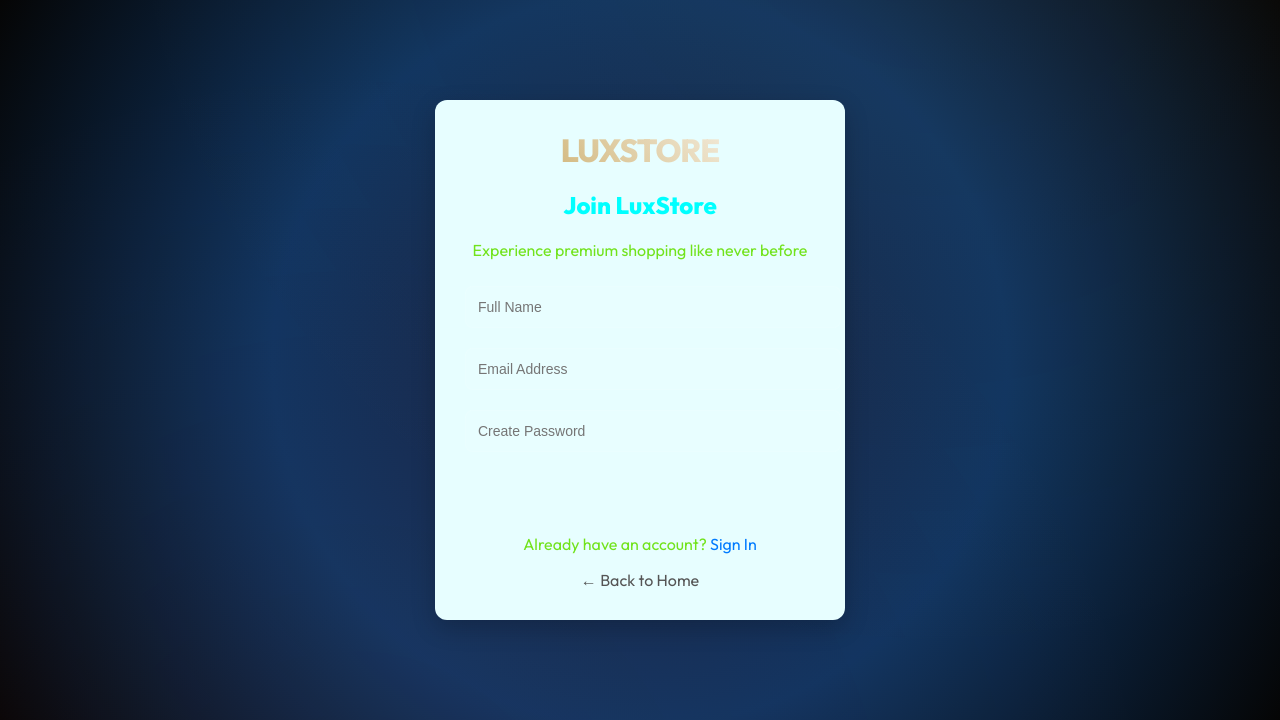
Repository: pradeepkumarh-17/Ecommerce
Page: http://localhost/EcomStore/views/auth/register.jsp
An editor plug-in stored every save of this project. The page is shown before and after the next save, followed by the edit.
The browser window is 1280 px wide. The pictures show the whole page.
Some web libraries are served in a nearby version. The page is served by Tomcat 10. Other server files are loaded and not shown.

Above is the page before, as saved 2026-05-03 07:59:50.

### EcomStore/src/main/webapp/views/auth/register.jsp
<%@ page contentType="text/html; charset=UTF-8" pageEncoding="UTF-8"%>

<!DOCTYPE html>
<html>
<head>
    <meta charset="UTF-8">
    <meta name="viewport" content="width=device-width, initial-scale=1.0">
    <title>Create Account | LuxStore</title>

    <!-- Google Fonts -->
    <link rel="preconnect" href="https://fonts.googleapis.com">
    <link rel="preconnect" href="https://fonts.gstatic.com" crossorigin>
    <link href="https://fonts.googleapis.com/css2?family=Outfit:wght@300;400;600;800&display=swap" rel="stylesheet">

    <link rel="stylesheet" href="<%= request.getContextPath() %>/assets/css/auth.css">
    <link rel="stylesheet" href="<%= request.getContextPath() %>/assets/css/modern-ui.css">

    <!-- GSAP -->
    <script src="https://cdnjs.cloudflare.com/ajax/libs/gsap/3.12.2/gsap.min.js"></script>
</head>

<body class="auth-page">

    <div class="bg-animation"></div>

    <div class="auth-container container-3d">

        <div class="auth-box glass-panel">

            <div class="logo">LUX<span>STORE</span></div>
            <h2>Join LuxStore</h2>
            <p class="subtitle">Experience premium shopping like never before</p>

            <form action="<%= request.getContextPath() %>/auth" method="post" class="animated-form">

                <input type="hidden" name="action" value="register">

                <div class="input-group">
                    <input type="text" name="name" placeholder="Full Name" required>
                </div>

                <div class="input-group">
                    <input type="email" name="email" placeholder="Email Address" required>
                </div>

                <div class="input-group">
                    <input type="password" name="password" placeholder="Create Password" required>
                </div>

                <button type="submit" class="cart-btn">Create Account</button>

            </form>

            <p class="switch">
                Already have an account? <a href="<%= request.getContextPath() %>/views/auth/login.jsp">Sign In</a>
            </p>

            <a class="back-home" href="<%= request.getContextPath() %>/views/user/home.jsp">
                <span>&larr;</span> Back to Home
            </a>
        </div>

    </div>

    <script>
        document.addEventListener('DOMContentLoaded', () => {
            gsap.from('.auth-box', {
                duration: 1.2,
                y: 100,
                opacity: 0,
                scale: 0.8,
                rotationX: -20,
                ease: 'power4.out'
            });

            gsap.from('.input-group, .cart-btn', {
                duration: 1,
                x: 30,
                opacity: 0,
                stagger: 0.1,
                delay: 0.5,
                ease: 'power3.out'
            });
        });
    </script>
</body>
</html>

### EcomStore/src/main/webapp/assets/css/auth.css
body {
    margin: 0;
    font-family: 'Segoe UI', sans-serif;
    background: linear-gradient(135deg, #4facfe, #00f2fe);
    height: 100vh;
}

/* CENTER */
.auth-container {
    display: flex;
    justify-content: center;
    align-items: center;
    height: 100%;
}

/* CARD */
.auth-box {
    width: 350px;
    padding: 30px;
    background:#e7feff;
    border-radius: 12px;
    box-shadow: 0 8px 25px rgba(0,0,0,0.2);
    text-align: center;
}

/* TITLE */
.auth-box h2 {
    margin-bottom: 20px;
    color:#00ffff;
}

.auth-box p{
	color: #71e31c;
}

/* INPUT */
.auth-box input {
    width: 100%;
    padding: 12px;
    margin: 10px 0;
    border-radius: 8px;
    border: 1px solid rgb(128, 255, 0);
    font-size: 14px;
}

/* FOCUS */
.auth-box input:focus {
    border-color: #28a745;
    outline: none;
}

/* BUTTON */
.auth-box button {
    width: 100%;
    padding: 12px;
    background: #ff0000; /* red */
    color: white;
    border: none;
    border-radius: 8px;
    font-size: 16px;
    cursor: pointer;
    transition: 0.3s;
}

/* Hover effect */
.auth-box button:hover {
    background: #ff0000; /* darker red */
}

/* SWITCH LINK */
.switch {
    margin-top: 15px;
}

.switch a {
    color: #007bff;
    text-decoration: none;
}

/* BACK HOME */
.back-home {
    display: block;
    margin-top: 15px;
    text-decoration: none;
    color: #555;
}

/* ERROR */
.error {
    color: red;
    margin-bottom: 10px;
}

### EcomStore/src/main/webapp/assets/css/modern-ui.css
:root {
    --primary: #c5a358; /* Gold accent */
    --secondary: #1a1a2e; /* Deep dark blue */
    --accent: #e94560; /* Vibrant pink/red */
    --bg-dark: #0f3460;
    --glass: rgba(255, 255, 255, 0.05);
    --glass-border: rgba(255, 255, 255, 0.1);
    --glass-text: rgba(255, 255, 255, 0.8);
    --shadow-3d: 0 20px 40px rgba(0,0,0,0.4), 0 10px 10px rgba(0,0,0,0.2);
    --transition-fast: 0.3s cubic-bezier(0.4, 0, 0.2, 1);
    --transition-slow: 0.6s cubic-bezier(0.4, 0, 0.2, 1);
}

@import url('https://fonts.googleapis.com/css2?family=Outfit:wght@300;400;600;800&display=swap');

body {
    margin: 0;
    font-family: 'Outfit', sans-serif;
    background: #050505;
    color: #fff;
    overflow-x: hidden;
    scroll-behavior: smooth;
}

/* Animated Gradient Background */
.bg-animation {
    position: fixed;
    top: 0;
    left: 0;
    width: 100%;
    height: 100%;
    background: radial-gradient(circle at 50% 50%, #16213e 0%, #0f3460 50%, #050505 100%);
    z-index: -1;
    overflow: hidden;
}

.bg-animation::after {
    content: '';
    position: absolute;
    top: -50%;
    left: -50%;
    width: 200%;
    height: 200%;
    background: radial-gradient(circle at 30% 30%, rgba(197, 163, 88, 0.05) 0%, transparent 40%),
                radial-gradient(circle at 70% 70%, rgba(233, 69, 96, 0.05) 0%, transparent 40%);
    animation: rotateBG 20s linear infinite;
}

@keyframes rotateBG {
    0% { transform: rotate(0deg); }
    100% { transform: rotate(360deg); }
}

/* 3D Perspective Container */
.container-3d {
    perspective: 1000px;
}

/* Glassmorphism Header */
.header {
    background: rgba(15, 52, 96, 0.7) !important;
    backdrop-filter: blur(15px);
    border-bottom: 1px solid var(--glass-border);
    position: sticky;
    top: 0;
    z-index: 1000;
    padding: 15px 60px !important;
    transition: var(--transition-fast);
}

.header.scrolled {
    padding: 10px 60px !important;
    background: rgba(15, 52, 96, 0.9) !important;
}

.logo {
    font-size: 32px !important;
    background: linear-gradient(45deg, var(--primary), #fff);
    -webkit-background-clip: text;
    background-clip: text;
    -webkit-text-fill-color: transparent;
    font-weight: 800 !important;
    letter-spacing: -1px;
}

.nav-links a {
    color: var(--glass-text) !important;
    position: relative;
    font-weight: 400 !important;
    padding: 5px 10px;
    border-radius: 5px;
    transition: var(--transition-fast);
}

.nav-links a::after {
    content: '';
    position: absolute;
    bottom: 0;
    left: 50%;
    width: 0;
    height: 2px;
    background: var(--primary);
    transition: var(--transition-fast);
    transform: translateX(-50%);
}

.nav-links a:hover {
    color: #fff !important;
}

.nav-links a:hover::after {
    width: 80%;
}

/* 3D Glass Product Card */
.product-card {
    background: var(--glass) !important;
    backdrop-filter: blur(10px);
    border: 1px solid var(--glass-border) !important;
    border-radius: 20px !important;
    padding: 20px !important;
    transform-style: preserve-3d;
    transition: transform 0.5s cubic-bezier(0.23, 1, 0.32, 1), box-shadow 0.5s ease !important;
    position: relative;
}

.product-card:hover {
    transform: translateY(-10px) rotateX(5deg) rotateY(-5deg) !important;
    box-shadow: 0 30px 60px rgba(0,0,0,0.6) !important;
    border-color: var(--primary) !important;
}

.product-card img {
    border-radius: 15px !important;
    transform: translateZ(20px);
    transition: var(--transition-fast);
    box-shadow: 0 10px 20px rgba(0,0,0,0.3);
}

.product-card h3 {
    color: #fff !important;
    transform: translateZ(30px);
    margin: 15px 0 5px 0 !important;
}

.product-card .price {
    color: var(--primary) !important;
    transform: translateZ(25px);
    font-size: 20px !important;
}

.cart-btn {
    background: linear-gradient(45deg, var(--primary), #b08d42) !important;
    border: none !important;
    border-radius: 30px !important;
    color: #000 !important;
    font-weight: 700 !important;
    padding: 12px !important;
    margin-top: 15px !important;
    transform: translateZ(40px);
    transition: var(--transition-fast) !important;
    cursor: pointer;
}

.cart-btn:hover {
    background: #fff !important;
    transform: translateZ(50px) scale(1.05) !important;
    box-shadow: 0 0 20px var(--primary);
}

/* Hero Section Enhancement */
.hero {
    height: 450px !important;
    border-radius: 30px !important;
    position: relative;
    overflow: hidden;
    background: none !important;
    border: 1px solid var(--glass-border);
}

.hero::before {
    content: '';
    position: absolute;
    top: 0;
    left: 0;
    width: 100%;
    height: 100%;
    background: linear-gradient(rgba(0,0,0,0.2), rgba(0,0,0,0.8)), url('https://images.unsplash.com/photo-1441986300917-64674bd600d8?ixlib=rb-1.2.1&auto=format&fit=crop&w=1350&q=80');
    background-size: cover;
    background-position: center;
    z-index: -1;
    transition: transform 5s ease;
}

.hero:hover::before {
    transform: scale(1.1);
}

.hero h1 {
    font-size: 64px !important;
    color: #fff !important;
    text-shadow: 0 10px 20px rgba(0,0,0,0.5);
    margin-bottom: 20px !important;
}

.hero .btn {
    background: var(--primary) !important;
    color: #000 !important;
    padding: 15px 40px !important;
    border-radius: 50px !important;
    font-size: 18px !important;
    box-shadow: 0 10px 20px rgba(197, 163, 88, 0.3);
}

/* Category Cards */
.category-card {
    background: var(--glass) !important;
    border: 1px solid var(--glass-border) !important;
    color: #fff !important;
    border-radius: 15px !important;
    padding: 20px 40px !important;
    transition: var(--transition-fast) !important;
}

.category-card:hover {
    background: var(--primary) !important;
    color: #000 !important;
    transform: scale(1.1) rotate(2deg) !important;
}

/* Forms */
input, select, textarea {
    background: rgba(255,255,255,0.05) !important;
    border: 1px solid var(--glass-border) !important;
    color: #fff !important;
    border-radius: 8px !important;
    padding: 12px !important;
    transition: var(--transition-fast);
}

input:focus {
    border-color: var(--primary) !important;
    background: rgba(255,255,255,0.1) !important;
    box-shadow: 0 0 15px rgba(197, 163, 88, 0.2);
    outline: none;
}

/* Premium Scrollbar */
::-webkit-scrollbar {
    width: 8px;
}

::-webkit-scrollbar-track {
    background: #050505;
}

::-webkit-scrollbar-thumb {
    background: var(--primary);
    border-radius: 10px;
}

::-webkit-scrollbar-thumb:hover {
    background: #fff;
}

After the next save:
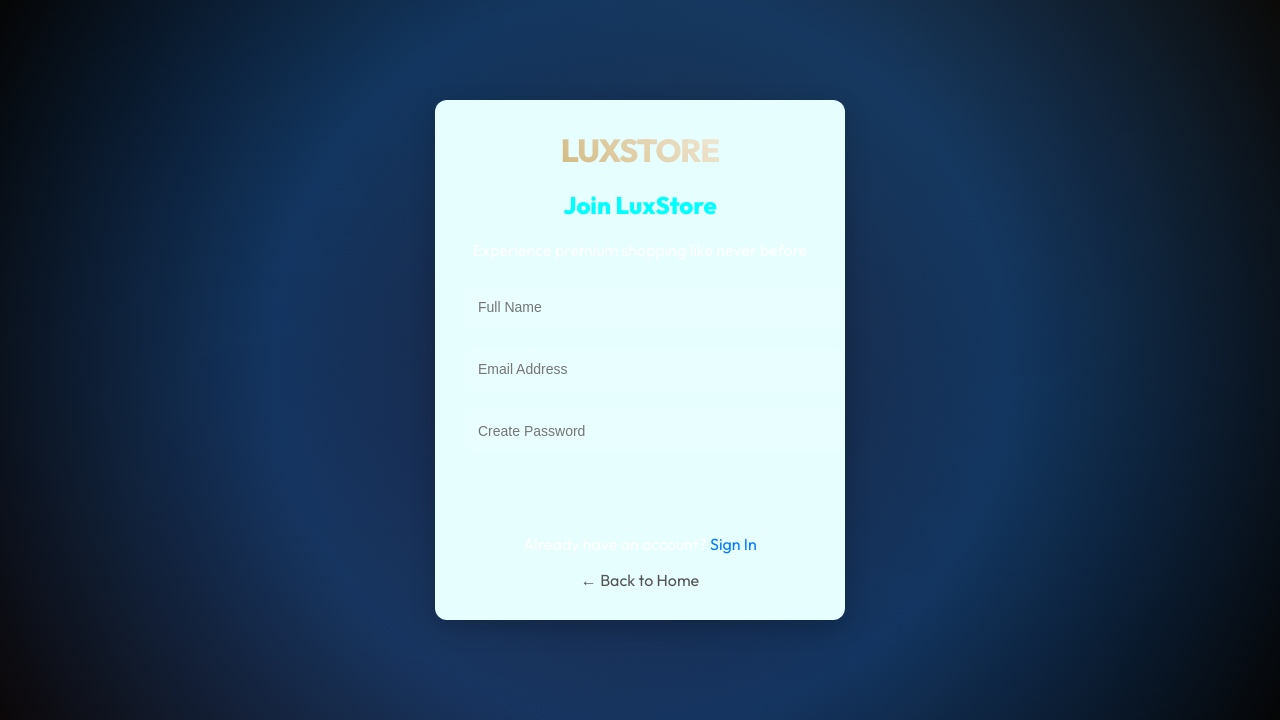
Saved 68 s later.
--- a/EcomStore/src/main/webapp/assets/css/auth.css
+++ b/EcomStore/src/main/webapp/assets/css/auth.css
@@ -29,7 +29,7 @@ body {
     color:#00ffff;
 }
 
-.auth-box p{
+.auth-box subtile{
 	color: #71e31c;
 }
 
